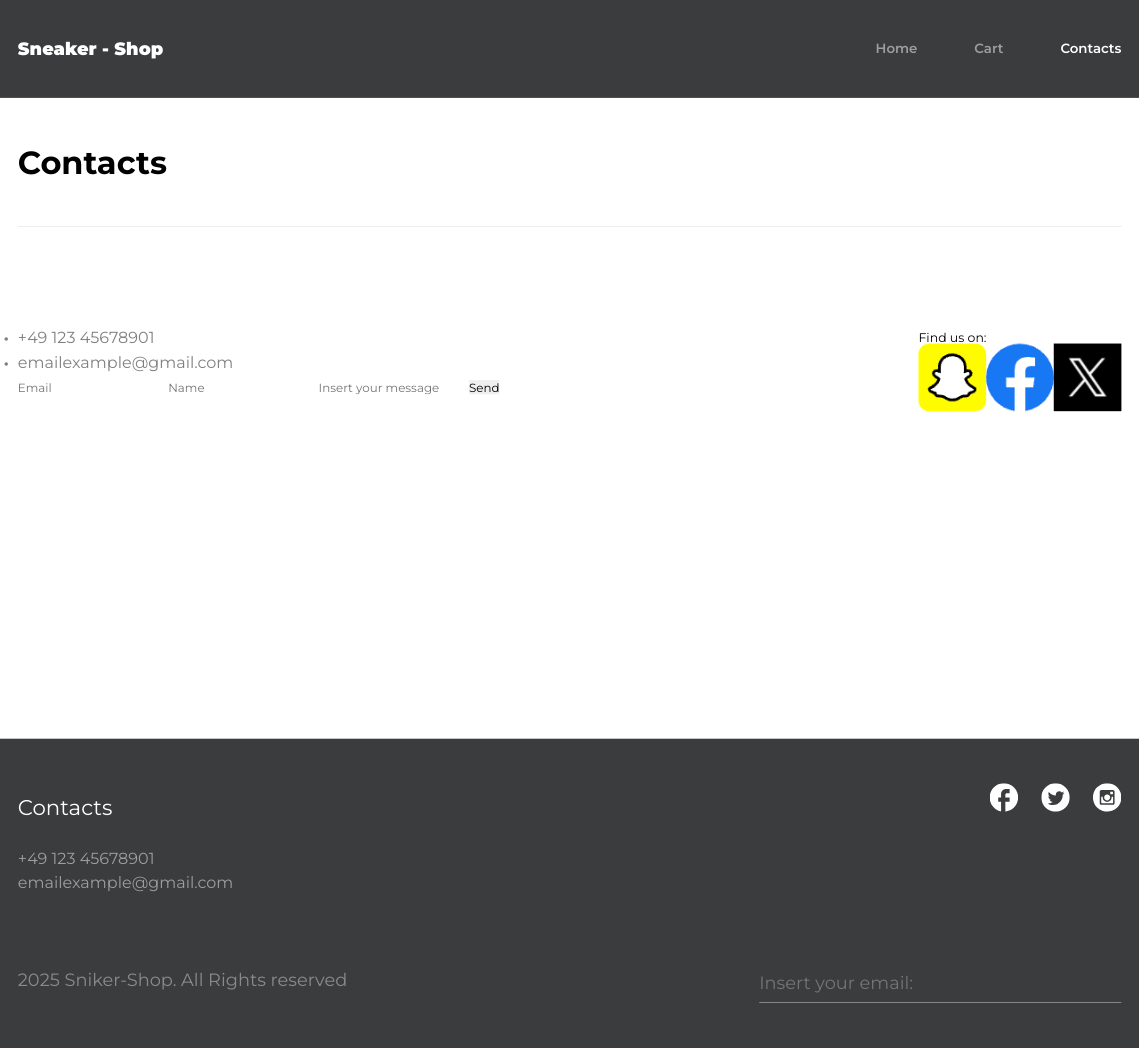
Repository: IstratiiNik/sneaker-shop
Page: /contacts
The author's editor kept a copy of each file at every save. The page is drawn from the files as they stood at one save, then again after the next save.
The browser window is 1280 px wide. The pictures show the whole page, at 89% of full size.
The page's requests for data from a server got no answer. The project was rebuilt for these pictures with package versions that can differ from the ones it lists, and the page was loaded fresh each time. No one was signed in, and anything a server would have sent is missing. Also part of the build but not shown: vite.config.js, src/components/News/News.module.scss, src/components/News/News.jsx, src/components/ProductCard/ProductCard.module.scss, src/components/ProductCard/ProductCard.jsx, src/components/Main/Main.module.scss, src/components/Main/Main.jsx, src/components/CartCard/CartCard.module.scss and 3 more.

Above is the page before, as saved 2025-07-03 11:28:34.

### index.html
<!DOCTYPE html>
<html lang="en">
  <head>
    <meta charset="UTF-8" />
    <link rel="icon" type="image/svg+xml" href="/vite.svg" />
    <link rel="preconnect" href="https://fonts.googleapis.com" />
    <link rel="preconnect" href="https://fonts.gstatic.com" crossorigin />
    <link
      href="https://fonts.googleapis.com/css2?family=Montserrat:ital,wght@0,100..900;1,100..900&family=Red+Hat+Display:ital,wght@0,300..900;1,300..900&display=swap"
      rel="stylesheet"
    />
    <link rel="preconnect" href="https://fonts.googleapis.com" />
    <link rel="preconnect" href="https://fonts.gstatic.com" crossorigin />
    <link
      href="https://fonts.googleapis.com/css2?family=Inter:ital,opsz,wght@0,14..32,100..900;1,14..32,100..900&family=Montserrat:ital,wght@0,100..900;1,100..900&family=Red+Hat+Display:ital,wght@0,300..900;1,300..900&display=swap"
      rel="stylesheet"
    />
    <meta name="viewport" content="width=device-width, initial-scale=1.0" />
    <title>Sneaker Shop</title>
  </head>
  <body>
    <div id="root"></div>
    <script type="module" src="/src/main.jsx"></script>
  </body>
</html>

### src/App.jsx
import { BrowserRouter as Router, Routes, Route } from "react-router-dom";

import Header from "./components/Header/Header";
import Main from "./components/Main/Main";
import Cart from "./components/Cart/Cart";
import Contacts from "./components/Contacts/Contacts";
import Footer from "./components/Footer/Footer";
import "./App.css";
import { CartProvider } from "./context/CartContext";

function App() {
  return (
    <div className="wrapper">
      <CartProvider>
        <Header />
        <main>
          <Routes>
            <Route path="/" element={<Main />} />
            <Route path="/cart" element={<Cart />} />
            <Route path="/contacts" element={<Contacts />} />
          </Routes>
        </main>
        <Footer />
      </CartProvider>
    </div>
  );
}

export default App;

### src/components/Header/Header.jsx
import React from "react";
import { NavLink } from "react-router-dom";
import styles from "./Header.module.scss";

// Header with navigation links
const Header = () => {
  return (
    <header className={styles.header}>
      <div className={styles.container}>
        <h1>Sneaker - Shop</h1>
        <nav className={styles.nav}>
          <NavLink
            to="/"
            style={({ isActive }) => ({
              color: isActive ? "#FFFFFF" : "#FFFFFF80",
            })}
          >
            Home
          </NavLink>
          <NavLink
            to="/cart"
            style={({ isActive }) => ({
              color: isActive ? "#FFFFFF" : "#FFFFFF80",
            })}
          >
            Cart
          </NavLink>
          <NavLink
            to="/contacts"
            style={({ isActive }) => ({
              color: isActive ? "#FFFFFF" : "#FFFFFF80",
            })}
          >
            Contacts
          </NavLink>
        </nav>
      </div>
    </header>
  );
};

export default Header;

### src/components/Contacts/Contacts.jsx
import React from "react";
import SnapChat from "../../assets/contacts/SnapChat.png";
import Facebook from "../../assets/contacts/Facebook.png";
import X from "../../assets/contacts/X.png";
import styles from "./Contacts.module.scss";

const Contacts = () => {
  return (
    <section className={styles.contacts}>
      <h1>Contacts</h1>
      <div className={styles.contentContainer}>
        <div className={styles.contactForm}>
          <ul>
            <li>+49 123 45678901</li>
            <li>emailexample@gmail.com</li>
            <form action="#">
              <input type="email" placeholder="Email" required />
              <input type="text" placeholder="Name" required />
              <input
                type="textarea"
                placeholder="Insert your message"
                required
              />
              <button type="submit">Send</button>
            </form>
          </ul>
        </div>
        <div className={styles.links}>
          <p>Find us on:</p>
          <a href="https://www.snapchat.com">
            <img src={SnapChat} alt="Snapchat" />
          </a>
          <a href="https://www.facebook.com">
            <img src={Facebook} alt="Facebook" />
          </a>
          <a href="https://www.X.com">
            <img src={X} alt="X" />
          </a>
        </div>
      </div>
    </section>
  );
};

export default Contacts;

### src/components/Footer/Footer.jsx
import React from "react";
import styles from "./Footer.module.scss";
import facebookLogo from "../../assets/Facebook_logo.svg";
import twitterLogo from "../../assets/Twitter_logo.svg";
import instagramLogo from "../../assets/Instagram_logo.svg";

// Footer with contacts and social links
const Footer = () => {
  return (
    <footer className={styles.footer}>
      <div className={styles.container}>
        <div className={styles.footerLeft}>
          <h3>Contacts</h3>
          <div>
            <span>+49 123 45678901</span>
            <span>emailexample@gmail.com</span>
          </div>
          <p>2025 Sniker-Shop. All Rights reserved</p>
        </div>
        <div className={styles.footerRight}>
          <div>
            <a href="link.domain">
              <img src={facebookLogo} alt="facebook" />
            </a>
            <a href="link.domain">
              <img src={twitterLogo} alt="twitter" />
            </a>
            <a href="link.domain">
              <img src={instagramLogo} alt="instagram" />
            </a>
          </div>
          <input type="text" placeholder="Insert your email:" />
        </div>
      </div>
    </footer>
  );
};

export default Footer;

### src/App.css
@import "reset.css";

#root {
  font-family: Montserrat;
  margin: 0 auto;
  height: 100%;
}

.wrapper {
  min-height: 100vh;
  display: flex;
  flex-direction: column;
}
main {
  flex: 1;
}

### src/context/CartContext.jsx
import React, { createContext, useState, useContext, useEffect } from "react";
import axios from "axios";

// Create context for cart
const CartContext = createContext();

// Provider component for cart context
export const CartProvider = ({ children }) => {
  const [cartItems, setCartItems] = useState([]);

  // Fetch cart items from API on mount
  useEffect(() => {
    const fetchCartItems = async () => {
      try {
        const response = await axios.get(
          "https://6863d97e88359a373e969065.mockapi.io/cartData"
        );
        setCartItems(response.data);
      } catch (error) {
        console.error("Error when retrieving shopping cart data: ", error);
      }
    };
    fetchCartItems();
  }, []);

  // Add product to cart and update state
  const addToCart = async (product) => {
    try {
      const response = await axios.post(
        "https://6863d97e88359a373e969065.mockapi.io/cartData",
        product
      );
      setCartItems((prevItems) => [...prevItems, response.data]);
    } catch (error) {
      console.error("Error when adding cart data: ", error);
    }
  };

  // Delete product from cart and update state
  const deleteFromCart = async (product) => {
    try {
      await axios.delete(
        `https://6863d97e88359a373e969065.mockapi.io/cartData/${product.id}`
      );
      setCartItems((prevItems) =>
        prevItems.filter((item) => item.id !== product.id)
      );
    } catch (error) {
      console.error("Error when deleting an item from the cart: ", error);
    }
  };

  // Provide cart state and actions to children
  return (
    <CartContext.Provider value={{ cartItems, addToCart, deleteFromCart }}>
      {children}
    </CartContext.Provider>
  );
};

// Custom hook for using cart context
export const useCart = () => useContext(CartContext);

### src/components/Header/Header.module.scss
.header {
  background-color: rgb(59, 60, 61);
  height: 110px;
  width: 100%;
}
.container {
  max-width: 1460px;
  margin: 0 auto;
  height: 100%;
  display: flex;
  align-items: center;
  justify-content: space-between;
  padding: 0 20px;

  h1 {
    color: rgb(255, 255, 255);
    font-size: 20px;
    font-weight: 900;
    line-height: 24px;
  }
}

.nav {
  display: flex;
  gap: 64px;

  font-size: 15px;
  font-weight: 600;
  line-height: 18px;

  @media (max-width: 900px) {
    gap: 40px;
  }

  @media (max-width: 600px) {
    gap: 30px;
  }
}

### src/components/Contacts/Contacts.module.scss
.contacts {
  max-width: 1460px;
  min-height: 100vh;
  padding: 50px 20px;
  margin: 0 auto;

  h1 {
    font-size: 36px;
    font-weight: 700;
    line-height: 44px;
    margin-bottom: 117px;
    padding-bottom: 50px;
    border-bottom: 1px solid rgb(234, 234, 234);
  }
}

.contentContainer {
  display: flex;
  justify-content: space-between;
}

.contactForm {
  ul {
    display: flex;
    flex-direction: column;
    gap: 13px;

    li {
      color: rgba(0, 0, 0, 0.5);
      font-size: 18px;
      line-height: 81%;

      &::marker {
        font-size: 0.7em; // уменьшает размер точки
      }
    }
  }
}
.links {
}

### src/components/Footer/Footer.module.scss
.footer {
  background-color: rgb(59, 60, 61);
  height: 347px;
  width: 100%;
}
.container {
  max-width: 1460px;
  margin: 0 auto;
  height: 100%;
  display: flex;
  align-items: center;
  justify-content: space-between;
  padding: 0 20px;
}

.footerLeft {
  h3 {
    color: rgb(255, 255, 255);
    font-size: 24px;
    line-height: 81%;
    margin-bottom: 40px;
  }

  div {
    display: flex;
    flex-direction: column;
    gap: 13px;

    margin-bottom: 93px;
    color: rgba(255, 255, 255, 0.5);
    font-size: 18px;
    font-weight: 400;
    line-height: 81%;
  }

  p {
    color: rgba(255, 255, 255, 0.5);
    font-size: 20px;
    line-height: 81%;
    opacity: 0.8;
  }
}

.footerRight {
  div {
    img {
      height: 32px;
      width: 32px;
    }
    display: flex;
    justify-content: end;
    gap: 26px;
    margin-bottom: 170px;
  }

  input {
    background-color: rgb(59, 60, 61);
    color: rgba(255, 255, 255, 0.5);
    font-size: 20px;
    font-weight: 400;
    line-height: 81%;
    padding: 10px 0;
    min-width: 407px;

    border-bottom: 1px solid rgba(255, 255, 255, 0.5);

    @media (max-width: 900px) {
      min-width: 0;
    }
  }
}

### src/reset.css
@charset "UTF-8";
/*Reset style*/
* {
  padding: 0;
  margin: 0;
  border: 0;
}

*,
*:before,
*:after {
  -webkit-box-sizing: border-box;
  box-sizing: border-box;
}

:focus,
:active {
  outline: none;
}

a:focus,
a:active {
  outline: none;
}

nav,
footer,
header,
aside {
  display: block;
}

html,
body {
  height: 100%;
  width: 100%;
  font-size: 100%;
  line-height: 1;
  font-size: 14px;
  -ms-text-size-adjust: 100%;
  -moz-text-size-adjust: 100%;
  -webkit-text-size-adjust: 100%;
}

input,
button,
textarea {
  font-family: inherit;
}

input::-ms-clear {
  display: none;
}

button {
  cursor: pointer;
}

button::-moz-focus-inner {
  padding: 0;
  border: 0;
}

a,
a:visited {
  text-decoration: none;
}

a:hover {
  text-decoration: underline;
}



img {
  vertical-align: top;
}

h1,
h2,
h3,
h4,
h5,
h6 {
  font-size: inherit;
  font-weight: inherit;
}

/*--------------------*/

Loaded but not shown: src/main.jsx (common file)

After the next save:
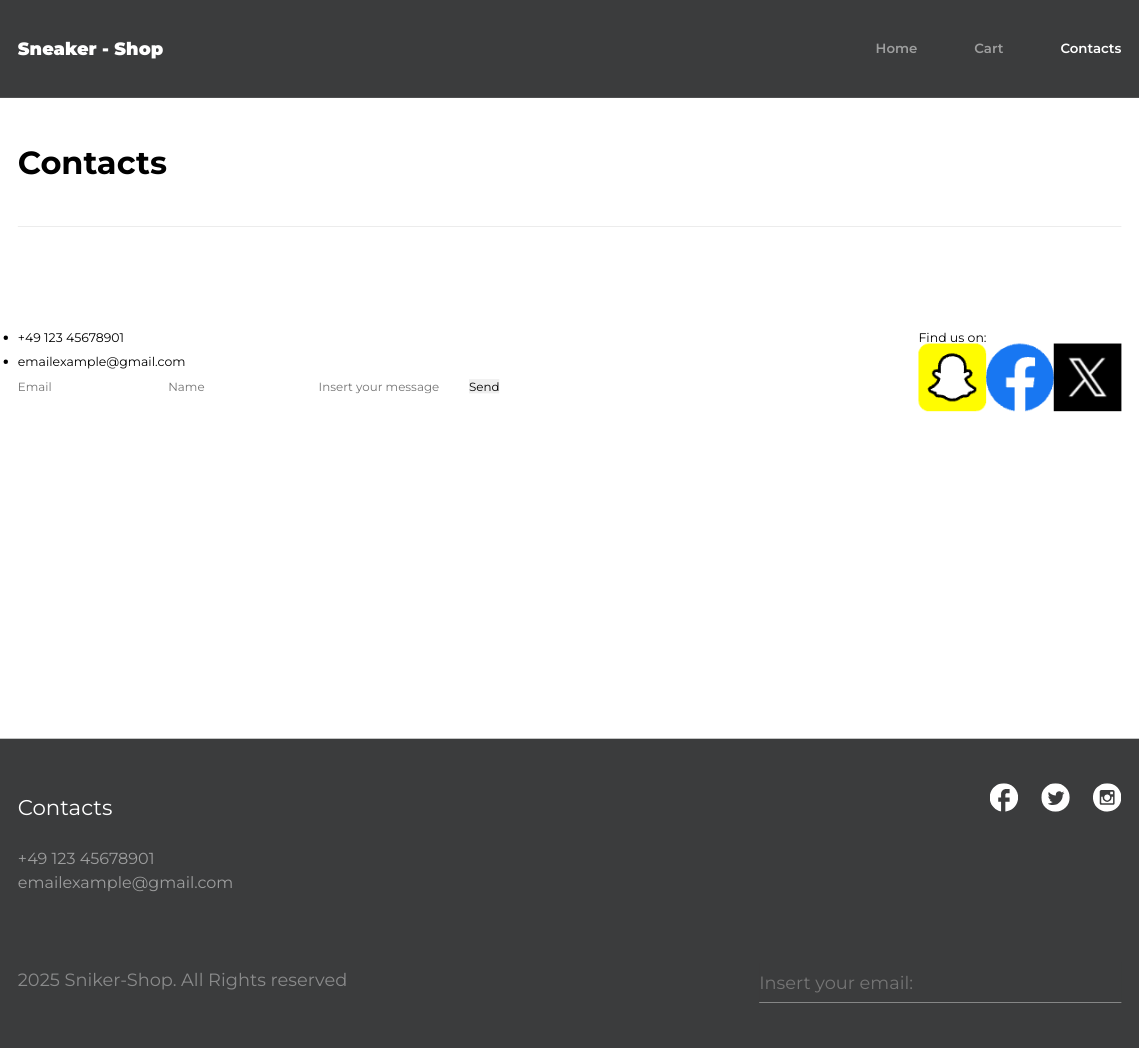
Saved 7 s later.
--- a/src/components/Contacts/Contacts.module.scss
+++ b/src/components/Contacts/Contacts.module.scss
@@ -24,6 +24,7 @@
     display: flex;
     flex-direction: column;
     gap: 13px;
+	mae
 
     li {
       color: rgba(0, 0, 0, 0.5);

After the 2 saves that followed:
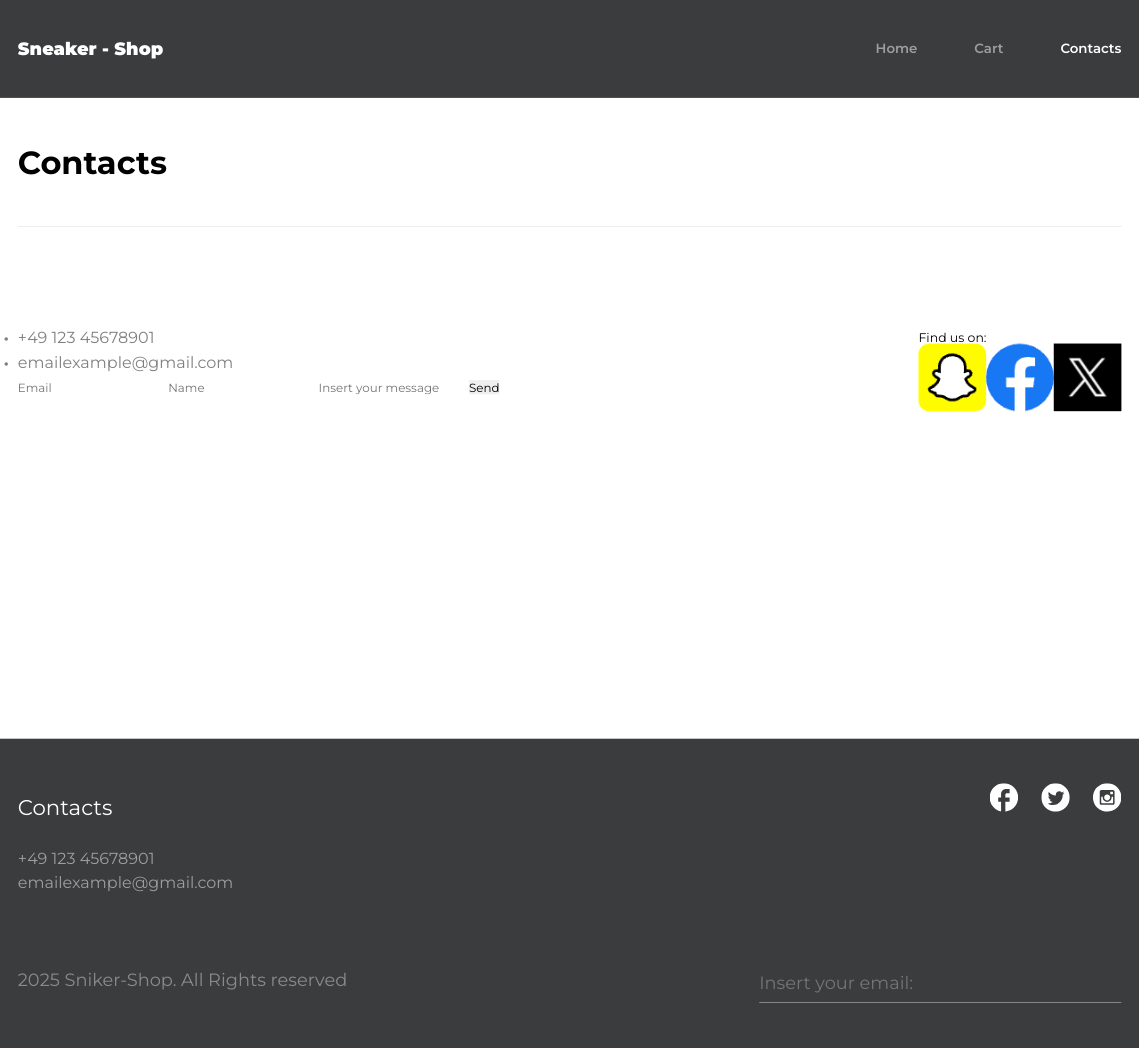
The 2 saves are shown as one change because 1 did not build or start.
The last was saved 11 s later.
--- a/src/components/Contacts/Contacts.module.scss
+++ b/src/components/Contacts/Contacts.module.scss
@@ -24,7 +24,7 @@
     display: flex;
     flex-direction: column;
     gap: 13px;
-	mae
+    margin-bottom: 67px;
 
     li {
       color: rgba(0, 0, 0, 0.5);
